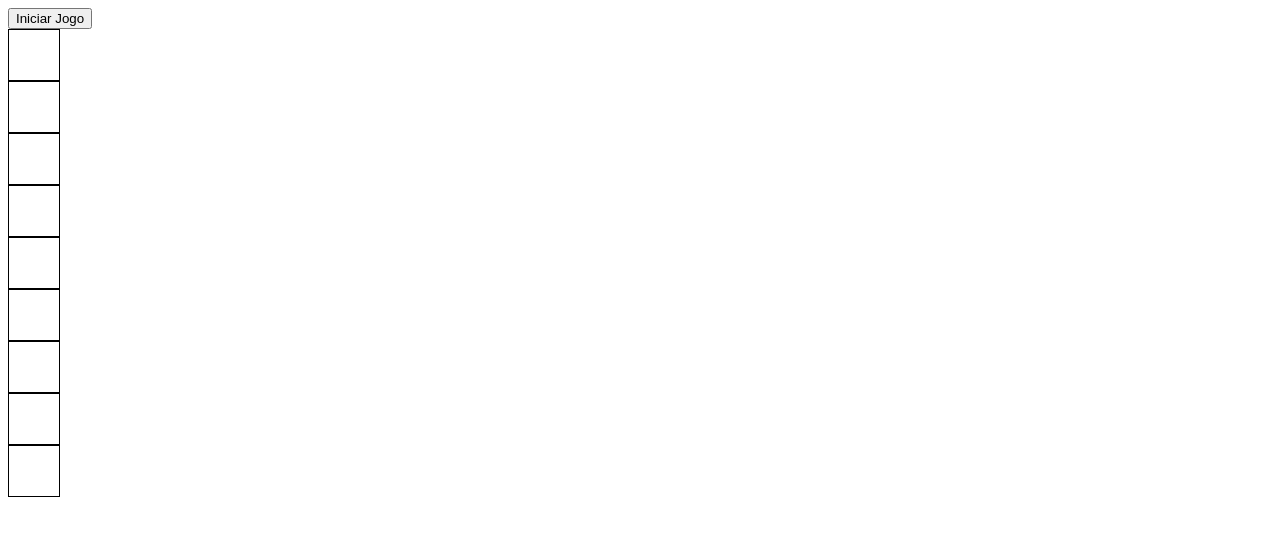
Repository: ErickBalbino/jogo-da-velha
Page: index.html
The author's editor kept a copy of each file at every save. The page is drawn from the files as they stood at one save, then again after a run of saves.
The browser window is 1280 px wide. The pictures show the whole page.

Above is the page before, as saved 2021-08-02 14:04:21.

After the next 3 saves:
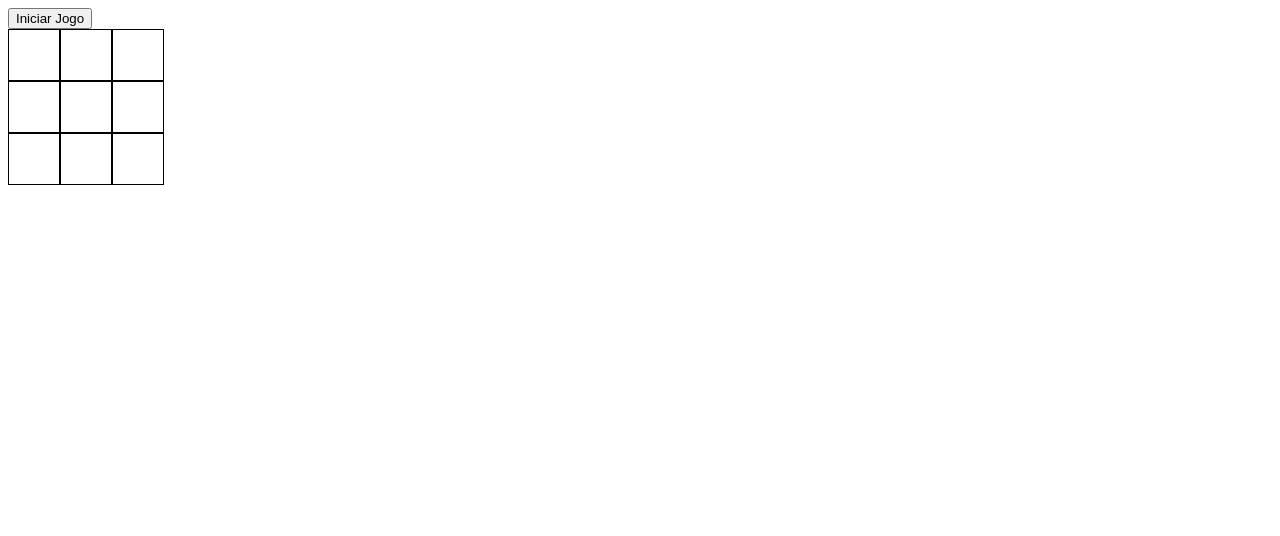
The 3 saves are shown as one change because they came seconds apart.
The last was saved 16 s later.
--- a/index.html
+++ b/index.html
@@ -7,7 +7,9 @@
     <title>Jogo da velha</title>
     <style>
         #dvJogo{
-            width: ;
+            width: 150px;
+            display: grid;
+            grid-template-columns: repeat(3, 1fr);
         }
         .posJogo{
             width: 50px;
